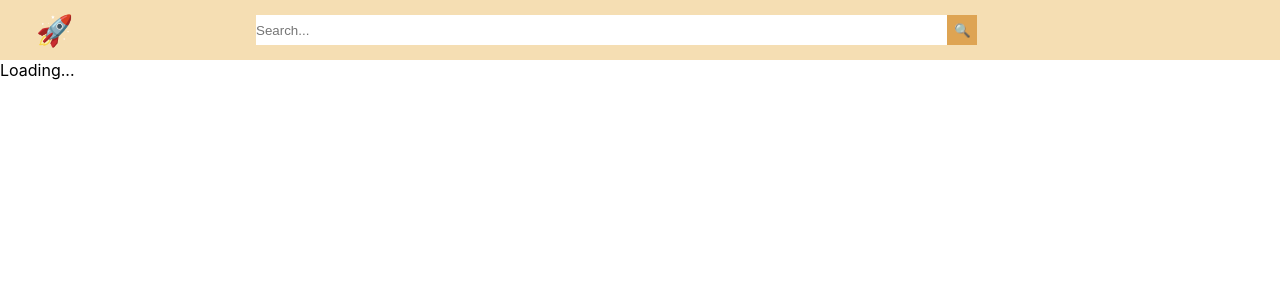
Repository: YEOMJINSEOP/React
Page: / (app in reactube/)
The author's editor kept a copy of each file at every save. The page is drawn from the files as they stood at one save, then again after the next save.
The browser window is 1280 px wide. The pictures show the whole page.
The page's requests for data from a server got no answer. The project was rebuilt for these pictures with package versions that can differ from the ones it lists, and the page was loaded fresh each time. No one was signed in, and anything a server would have sent is missing. Also part of the build but not shown: reactube/src/app.css, reactube/src/components/videoList/VideoList.module.css, reactube/src/components/videoList/VideoList.jsx.

Above is the page before, as saved 2023-01-17 11:42:25.

After the next save:
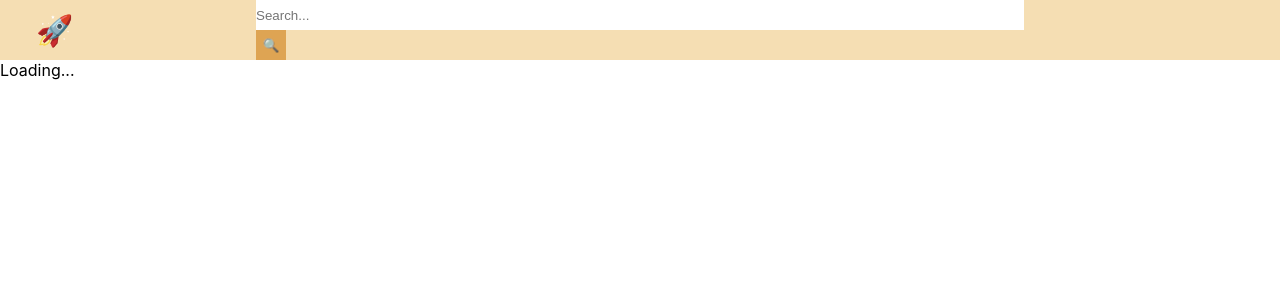
Saved 4 s later.
--- a/reactube/src/components/header/Header.module.css
+++ b/reactube/src/components/header/Header.module.css
@@ -28,7 +28,7 @@ button {
   width: 60%;
 }
 .searchBox{
-  width: 90%;
+  width: 100%;
   height: 30px;
   outline: none;
   border: none;
